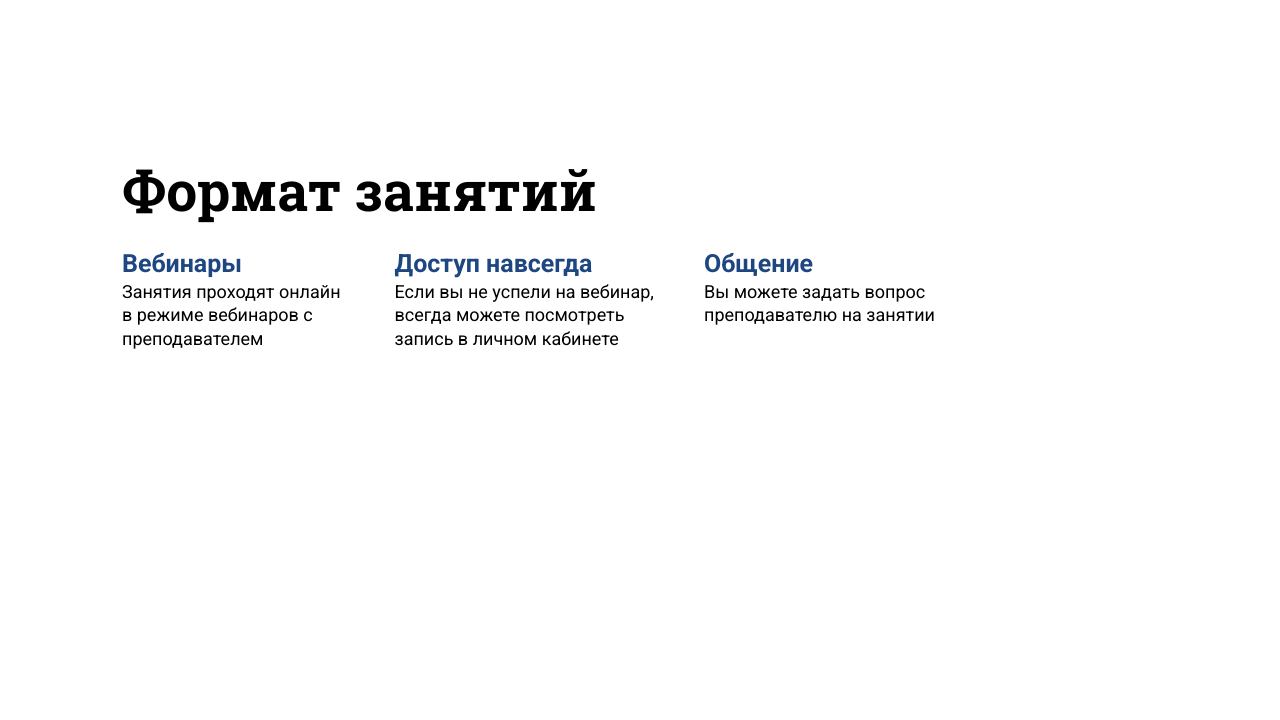
Repository: mirali879/previous-proj
Page: index.html
An editor plug-in stored every save of this project. The page is shown before and after the next save, followed by the edit.
The browser window is 1280 px wide. The pictures show the whole page.

Above is the page before, as saved 2023-05-06 19:21:54.

After the next save:
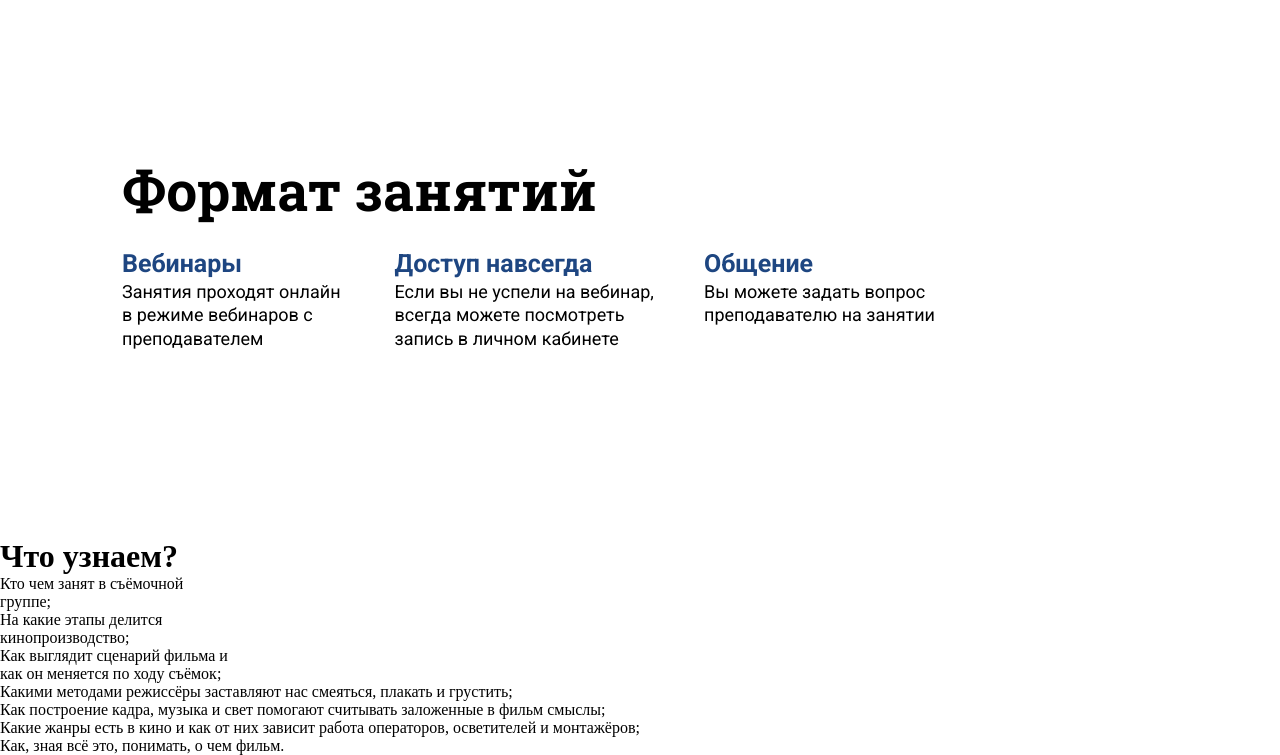
Saved 86 s later.
--- a/index.html
+++ b/index.html
@@ -32,7 +32,7 @@
       </ul>
     </div>
 
-    <!-- <div class="container">
+    <div class="container">
       <h1>Что узнаем?</h1>
 
       <div class="row">
@@ -57,7 +57,7 @@
           <li>Как, зная всё это, понимать, о чем фильм.</li>
         </ul>
       </div>
-    </div> -->
+    </div>
 
     <!-- <div class="container2">
         <h1>Программа курса</h1>
